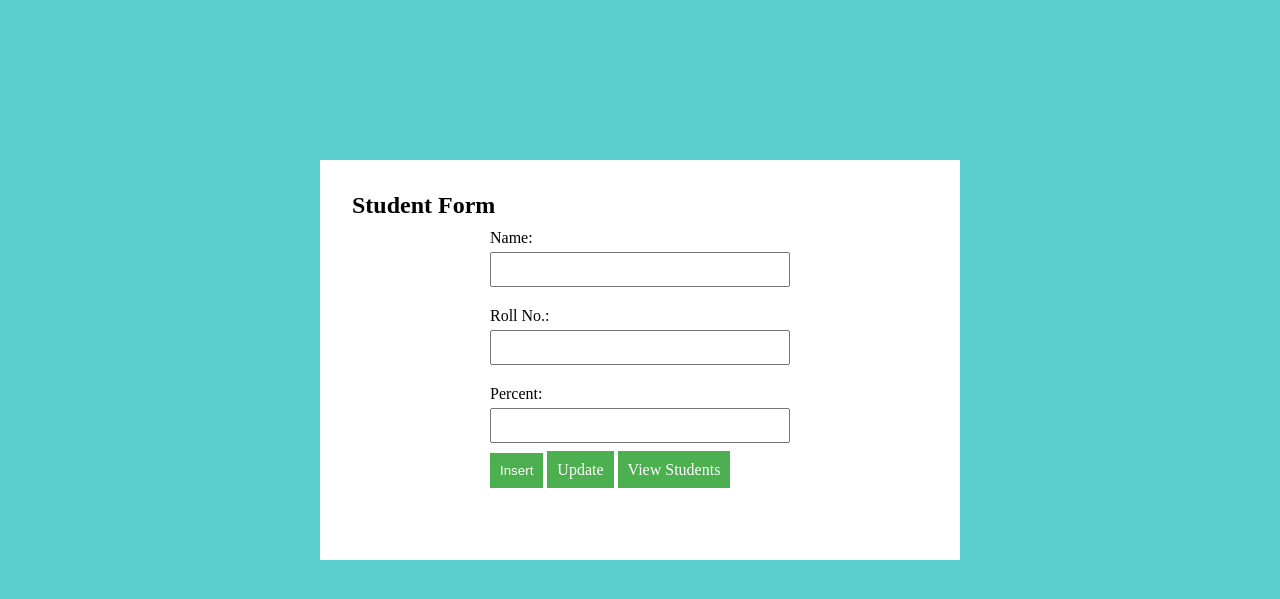
Repository: deeptimahisare1206/Todo_List
Page: http://localhost/Hib_Nest/
These files come from the project's save history. The page is drawn as it stood at one moment and after the next save; the edit follows.
The browser window is 1280 px wide. The pictures show the whole page.
The page is served by Tomcat 10. Other server files are loaded and not shown.

Above is the page before, as saved 2024-11-11 11:54:15.

### Hib_Nest/src/main/webapp/index.jsp
<%@ page language="java" contentType="text/html; charset=UTF-8"
	pageEncoding="UTF-8"%>
<html>
<head>
<style>
*{
margin:0;
padding:0;
box-sizing: border-box;

}
body {
display:grid;
place-items:center;
	background-color: #5acdcd;
	gap: 2rem;
	height: 100vh;
}

div{
padding:2rem;
	background-color: white;
	height: 25rem;
	width:50vw;
}

form {
    width: 300px;
    margin: 0 auto;
}

label {
    display: block;
    margin: 10px 0 5px;
}

input[type="text"],
input[type="number"] {
    width: 100%;
    padding: 8px;
    margin-bottom: 10px;
}

input[type="submit"] ,a{
    background-color: #4CAF50;
    color: white;
    padding: 10px;
    border: none;
    cursor: pointer;
    text-decoration: none;
}

input[type="submit"]:hover {
    background-color: #45a049;
}
</style>
</head>
<body>
<div>
	<h2>Student Form</h2>

	<form action="Register" method="get">
		<label>Name:</label><input type="text" name="name"><label>Roll
			No.: </label> <input type="number" name="roll"> <label>Percent:
		</label><input type="number" name="percent"> <input type="submit"
			value="Insert">
			<a href="Update.jsp">Update</a>
			<a href="Display.jsp">View Students</a>
	</form>
	</div>
</body>
</html>

After the next save:
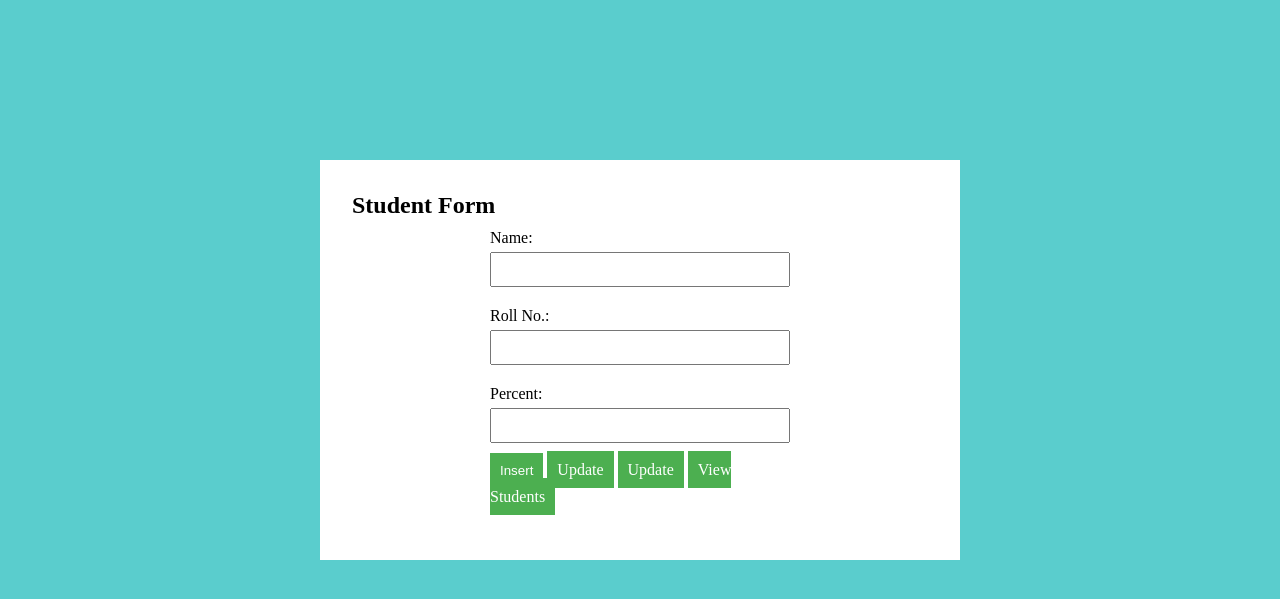
Saved 60 s later.
--- a/Hib_Nest/src/main/webapp/index.jsp
+++ b/Hib_Nest/src/main/webapp/index.jsp
@@ -65,6 +65,7 @@ input[type="submit"]:hover {
 		</label><input type="number" name="percent"> <input type="submit"
 			value="Insert">
 			<a href="Update.jsp">Update</a>
+			<a href="Update.jsp">Update</a>
 			<a href="Display.jsp">View Students</a>
 	</form>
 	</div>
